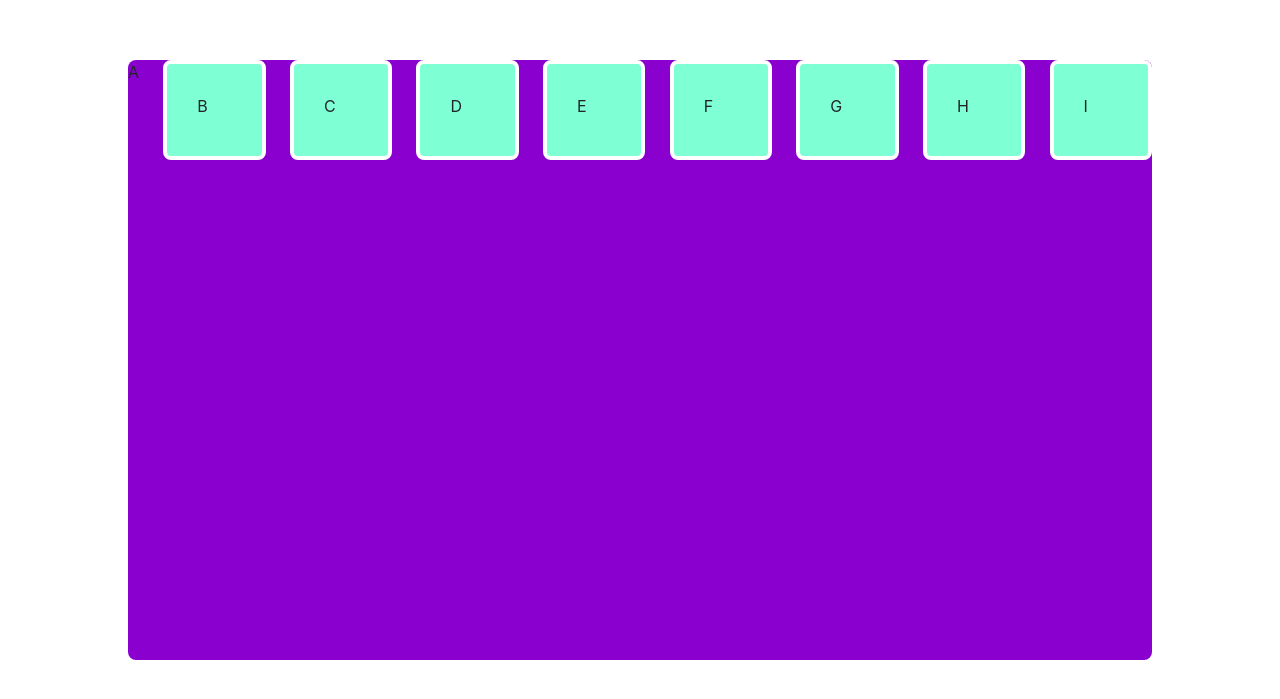
Repository: alessandradiamantino/Curso-Front-End-Design
Page: 1 - Introdução ao HTML e CSS/3 - Layouts, Grids e Flexbox/Bootstrap Grid system/index.html
These files come from the project's save history. The page is drawn as it stood at one moment and after the next save; the edit follows.
The browser window is 1280 px wide. The pictures show the whole page.

Above is the page before, as saved 2023-04-24 11:10:15.

After the next save:
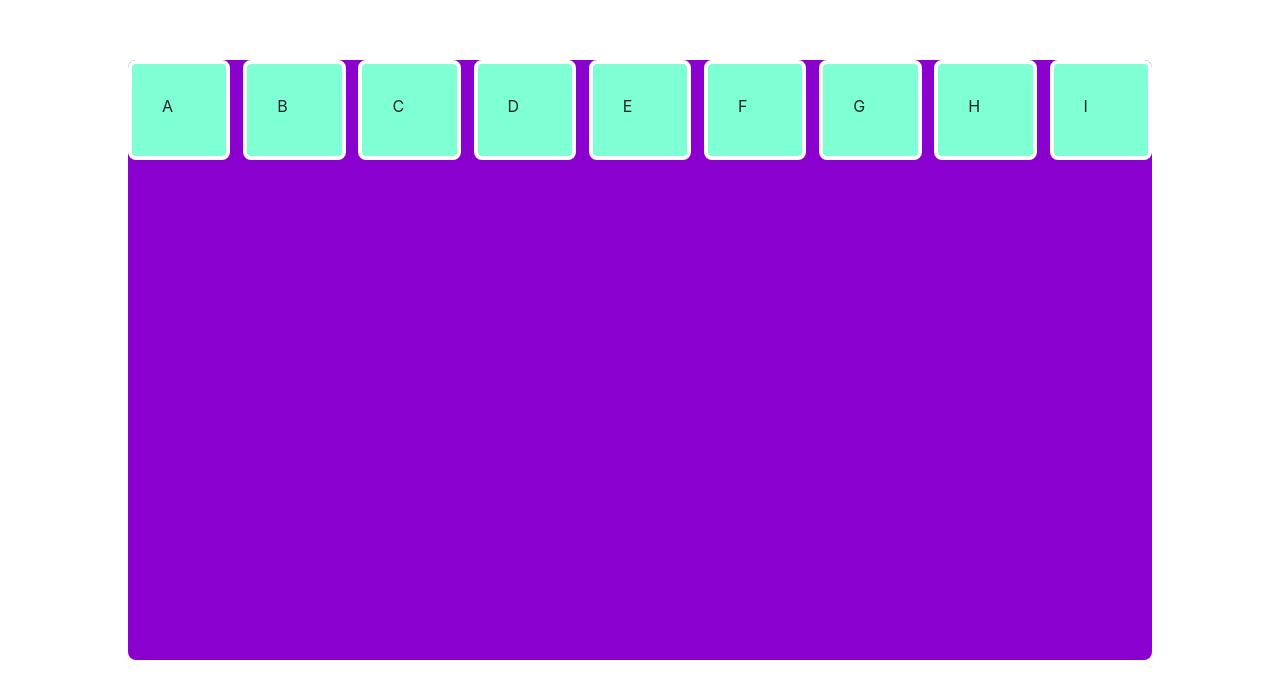
Saved 5 s later.
--- a/1 - Introdução ao HTML e CSS/3 - Layouts, Grids e Flexbox/Bootstrap Grid system/index.html
+++ b/1 - Introdução ao HTML e CSS/3 - Layouts, Grids e Flexbox/Bootstrap Grid system/index.html
@@ -20,7 +20,7 @@
    </div>
 -->
    <div class="my-container">
-    <div class="order" >
+    <div class="my-item" >
       A
     </div>
     <div class="my-item" >
